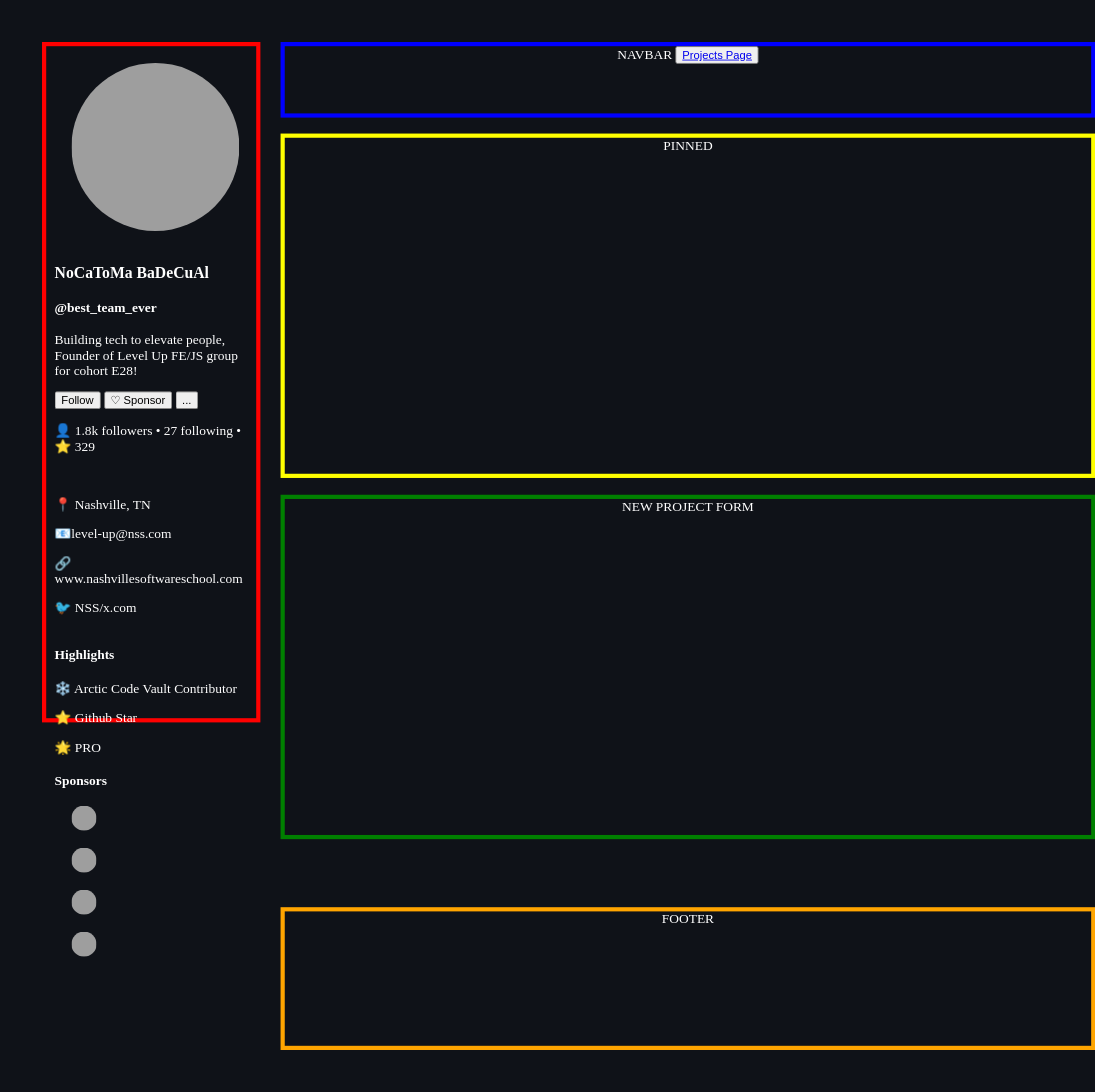
Repository: nss-evening-cohort-28/nss-evening-cohort-28-classroom-gitsub-Q1-project-gitsub
Page: index.html
The author's editor kept a copy of each file at every save. The page is drawn from the files as they stood at one save, then again after the next save.
The browser window is 1280 px wide. The page is 1304 px wide, so the pictures cover 1304 px, including what lies to the right of the window. The pictures show the whole page, at 84% of full size.
Pictures or frames that could not be fetched are drawn as grey boxes.

Above is the page before, as saved 2024-08-07 20:37:29.

### index.html
<!DOCTYPE html>
<html lang="en">
<head>
    <meta charset="UTF-8">
    <meta name="viewport" content="width=device-width, initial-scale=1.0">
    <link rel="stylesheet" href="main.css">
    <title>Document</title>
</head>
<body>
    <div class="flexContainer">
        <div class="profile">
          <div class="top-section">
            <img src="https://media.tenor.com/GliBTZeL1kQAAAAM/%D0%BC%D0%BE%D0%B9-%D0%B4%D0%B5%D0%B4.gif" class="card-img-top" >
            <div>
            <h3>NoCaToMa BaDeCuAl</h3>
            <h4>@best_team_ever</h4>
            <p>Building tech to elevate people, Founder of Level Up FE/JS group for cohort E28!</p>
            </div>
            <div class="profile-section-buttons">
              <div class="d-grid gap-2 d-md-block">
                <button class="btn btn-primary" type="button">Follow</button>
                <button class="btn btn-primary" type="button">♡ Sponsor</button>
                <button class="btn btn-primary" type="button">...</button>
              </div>
            </div>
            <div class="profile-section-body">
              <p>👤 1.8k followers • 27 following • ⭐️ 329</p>
              <br>
              <p>📍 Nashville, TN</p>
              <p>📧level-up@nss.com</p>
              <p>🔗 www.nashvillesoftwareschool.com</p>
              <p>🐦 NSS/x.com</p>
            </div>
          </div>
          <div class="middle-section">
            <h4>Highlights</h4>
            <p>❄️ Arctic Code Vault Contributor</p>
            <p>⭐️ Github Star</p>
            <p>🌟 PRO</p>
          </div>
          <div class="bottom-section">
            <h4>Sponsors</h4>
            <img src="https://avatars.githubusercontent.com/u/31261276?s=100&v=4" class="sponsor-pic">
            <img src="https://avatars.githubusercontent.com/u/137121714?s=100&v=4" class="sponsor-pic">
            <img src="https://avatars.githubusercontent.com/u/173638175?s=100&v=4" class="sponsor-pic">
            <img src="https://avatars.githubusercontent.com/u/107224963?s=100&v=4" class="sponsor-pic">
          </div>
        </div>
        <div class="flexContainer">
            <div class="navBar">NAVBAR
              <button><a href="projects.html">
                Projects Page
              </a></button>
            </div>
            <div class="pinned">PINNED</div>
            <div class="newProject">NEW PROJECT FORM</div>
            <div class="footer">FOOTER</div>
        </div>
    </div>
    <script src="main.js"></script>
</body>
</html>

### main.css
body {
    background-color: #0F1218;
    text-align: center;
    margin: 50px;
    width: 1200px;
    color: white;
}

.flexContainer {
    display: flex;
    flex-wrap: wrap;
    flex-direction: column;
    max-width: 75rem;
    height: 75rem;
    gap: 2%;
}

.profile {
    border: 5px solid red;
    width: 15rem;
    height: 50rem;
    text-align: left;
    padding-left: 10px;
}

.navBar {
    border: 5px solid blue;
    width: 60rem;
    height: 5rem;
}

.pinned {
    border: 5px solid yellow;
    width: 60rem;
    height: 25rem;
    margin-top: 2%;
}

.newProject {
    border: 5px solid green;
    width: 60rem;
    height: 25rem;
    margin-top: 2%;
}

.footer {
    border: 5px solid orange;
    width: 60rem;
    height: 10rem;
    margin-top: auto;
    align-self: flex-end;
}

#footerContainer {
    display: flex;
    align-self: flex-end;

}

/* Noah Styling: Profile Section Start*/

.top-section {
    display: flex;
    flex-wrap: wrap;
    justify-content: flex-start;
    margin: 0px;
}

.card-img-top {
    display: flex;
    flex-wrap: wrap;
    justify-content: space-around;
    border-radius: 50%;
    height: 200px;
    width: 200px;
    margin: 20px;
  }

  .sponsor-pic {
    display: flex;
    flex-wrap: wrap;
    justify-content: space-around;
    border-radius: 50%;
    height: 30px;
    width: 30px;
    margin: 20px;
  }

/* Noah Styling: Profile Section End */

Loaded but not shown: main.js (no copy from this time; the picture is the same without it)

After the next save:
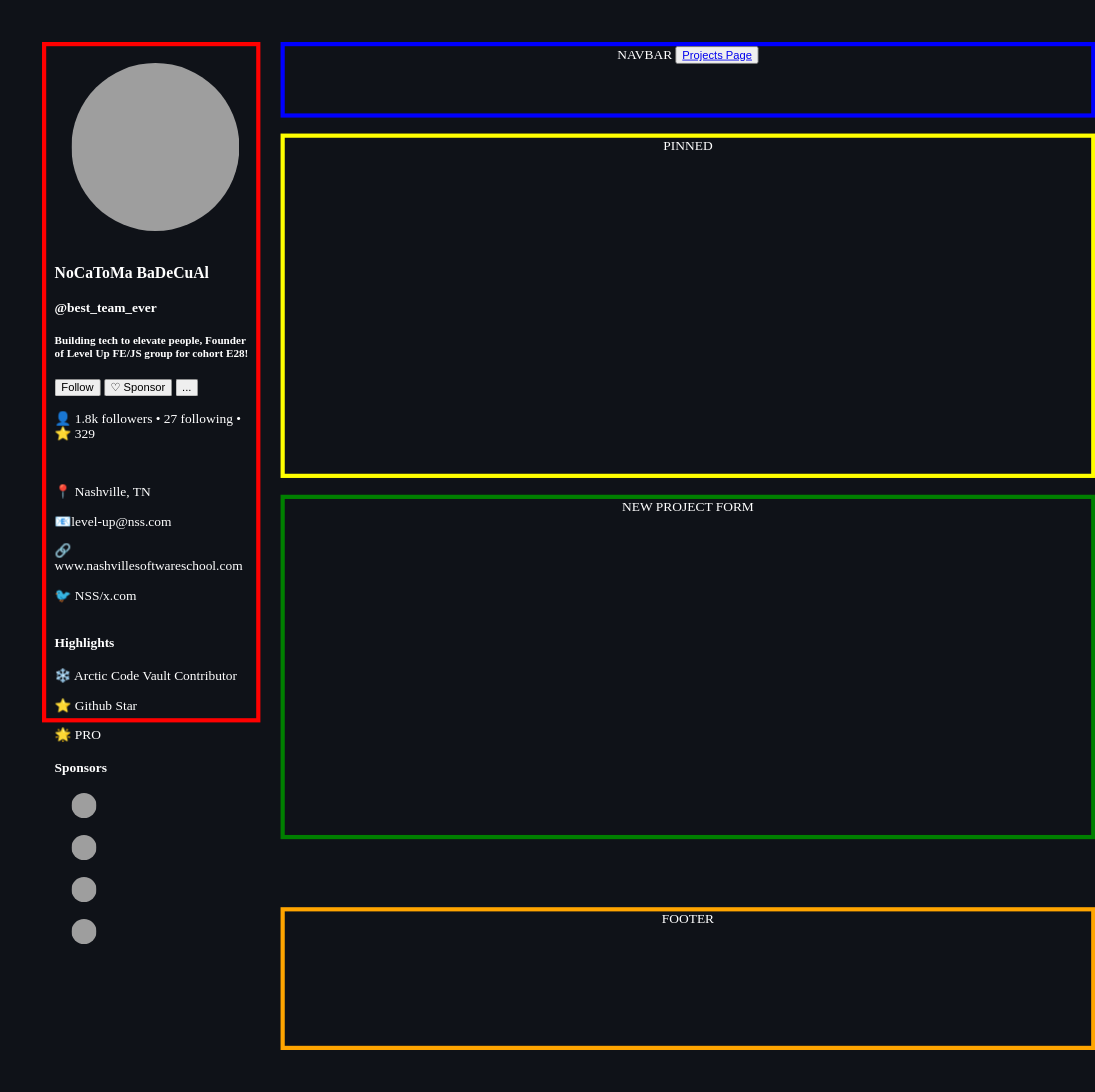
Saved 64 s later.
--- a/index.html
+++ b/index.html
@@ -14,7 +14,7 @@
             <div>
             <h3>NoCaToMa BaDeCuAl</h3>
             <h4>@best_team_ever</h4>
-            <p>Building tech to elevate people, Founder of Level Up FE/JS group for cohort E28!</p>
+            <h5>Building tech to elevate people, Founder of Level Up FE/JS group for cohort E28!</h5>
             </div>
             <div class="profile-section-buttons">
               <div class="d-grid gap-2 d-md-block">
